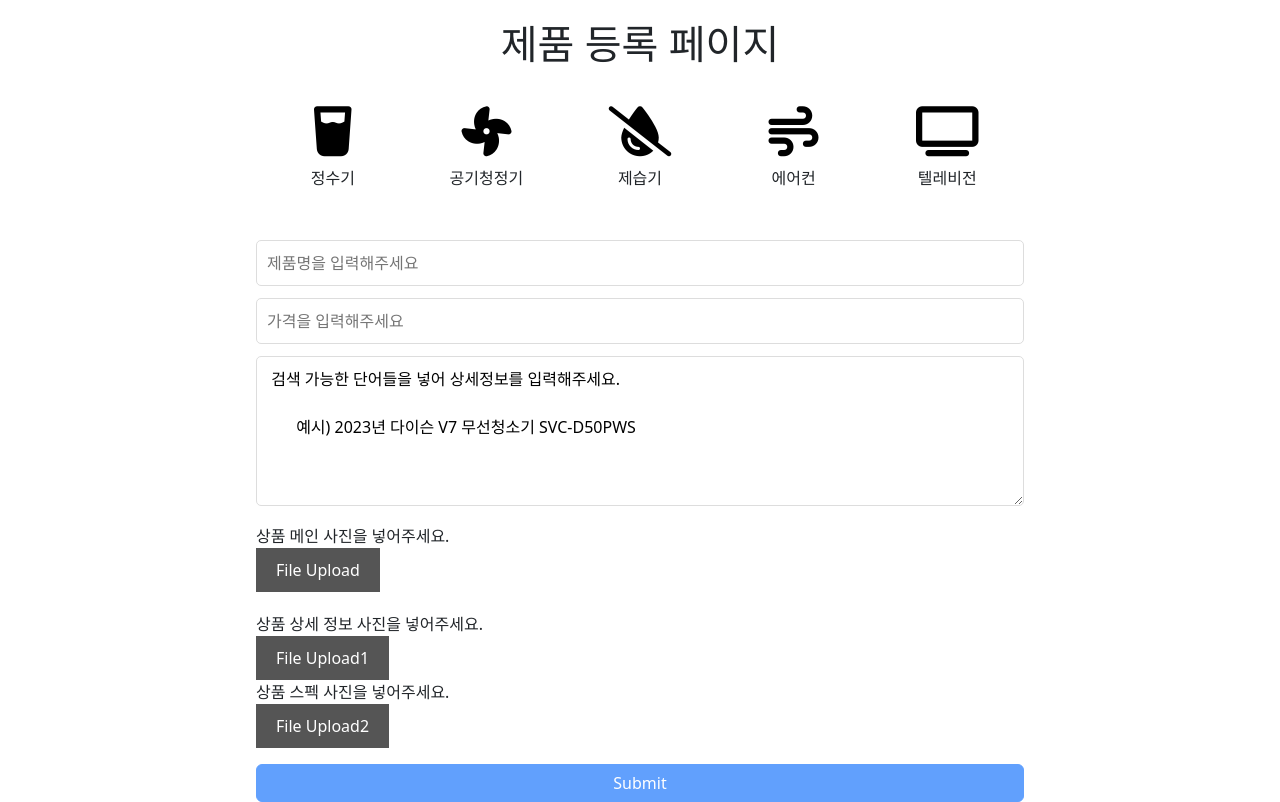
Repository: bbqju13/52si
Page: http://localhost/spring/WEB-INF/views/product/register.jsp
An editor plug-in stored every save of this project. The page is shown before and after the next save, followed by the edit.
The browser window is 1280 px wide. The pictures show the whole page.
Some web libraries are served in a nearby version. The page is served by Tomcat 9. Nobody is signed in. Other server files are loaded and not shown. The template is opened directly, without the code that normally fills it, so the values that code supplies are empty.

Above is the page before, as saved 2023-07-28 05:41:44.

### spring/src/main/webapp/WEB-INF/views/product/register.jsp
<%@ page language="java" contentType="text/html; charset=UTF-8"
    pageEncoding="UTF-8"%>
<%@ taglib uri="http://java.sun.com/jsp/jstl/core" prefix="c" %>
<!DOCTYPE html>
<html>
<head>
<meta charset="UTF-8">
<title>Product Register Page</title>
<link rel="stylesheet" href="/resources/css/product/register.css">
<script src="https://kit.fontawesome.com/e927512ef5.js" crossorigin="anonymous"></script>
<link href="https://cdn.jsdelivr.net/npm/bootstrap@5.3.1/dist/css/bootstrap.min.css" rel="stylesheet" integrity="sha384-4bw+/aepP/YC94hEpVNVgiZdgIC5+VKNBQNGCHeKRQN+PtmoHDEXuppvnDJzQIu9" crossorigin="anonymous">
<script src="https://cdn.jsdelivr.net/npm/bootstrap@5.3.1/dist/js/bootstrap.bundle.min.js" integrity="sha384-HwwvtgBNo3bZJJLYd8oVXjrBZt8cqVSpeBNS5n7C8IVInixGAoxmnlMuBnhbgrkm" crossorigin="anonymous"></script>
</head>
<body>
	<h1>제품 등록 페이지</h1>
	 <form action="/product/register" method="post" id="registerForm" class="was-validated" enctype="multipart/form-data">
        <div id="productDiv">
            <ul>
                <li class="product" data-value="정수기">
                    <div>
                        <i class="fa-solid fa-glass-water" style="color: #000000;"></i>
                        <div class="product-name">정수기</div>
                    </div>
                </li>
                <li class="product" data-value="공기청정기">
                    <div>
                        <i class="fa-solid fa-fan" style="color: #000000;"></i>
                        <div class="product-name">공기청정기</div>
                    </div>
                </li>
                <li class="product" data-value="제습기">
                    <div>
                        <i class="fa-solid fa-droplet-slash" style="color: #000000;"></i>
                        <div class="product-name">제습기</div>
                    </div>
                </li>
                <li class="product" data-value="에어컨">
                    <div>
                        <i class="fa-solid fa-wind" style="color: #000000;"></i>
                        <div class="product-name">에어컨</div>
                    </div>
                </li>
                <li class="product" data-value="텔레비전">
                    <div>
                        <i class="fa-solid fa-tv" style="color: #000000;"></i>
                        <div class="product-name">텔레비전</div>
                    </div>
                </li>
            </ul>
        </div>
        <input type="hidden" name="type_a" id="mySelection">
        <p id="type_aError" class="error" style="color: red; display: none;">제품 카테고리를 입력해주세요.</p>
       <br>
       <input name="pname" placeholder="제품명을 입력해주세요"> <br>
       <p id="pnameError" class="error" style="color: red; display: none;">제품명을 입력해주세요.</p>
       <input id="priceInput" name="price" placeholder="가격을 입력해주세요"> <br>
       <p id="priceError" class="error" style="color: red; display: none;">숫자만 입력해주세요.</p>
       <textarea name="content" cols="50" rows="10"> 검색 가능한 단어들을 넣어 상세정보를 입력해주세요.&#10;
       예시) 2023년 다이슨 V7 무선청소기 SVC-D50PWS
       </textarea> <br>
       <div class="fileDiv">
       	   상품 메인 사진을 넣어주세요.<input type="file" id="files" name="files" style="display: none" class="form-control" aria-label="file example" required> <br>
	       <button type="button" id="trigger">File Upload</button> <br>
	       <div id="fileZone">

	       </div>
	   </div>

	   <div class="fileDiv">
	   	   상품 상세 정보 사진을 넣어주세요.<input type="file" id="files1" name="files" style="display: none" class="form-control" aria-label="file example" required> <br>
	       <button type="button" id="trigger1">File Upload1</button> <br>

	       <div id="fileZone1">

	       </div>
       </div>

       <div class="fileDiv">
       	   상품 스펙 사진을 넣어주세요.<input type="file" id="files2" name="files" style="display: none" class="form-control" aria-label="file example" required> <br>
	       <button type="button" id="trigger2">File Upload2</button> <br>

	       <div id="fileZone2">

	       </div>
       </div>
       <button onclick="validateButton(event)" id="regBtn" class="btn btn-primary" type="submit" disabled>Submit</button>
    </form>

	<script type="text/javascript" src="/resources/js/product/productRegister.js"></script>
	<script type="text/javascript">
	    const thereis = `<c:out value="${thereis}"/>`;
	    console.log(thereis);
	    if (thereis === "1") {
	        alert("같은 상품명이 존재합니다. 다시 입력해주세요.");
	        document.getElementById("registerForm").addEventListener("submit", function(e) {
	        });
	    }
</script>
</body>
</html>

### spring/src/main/webapp/resources/css/product/register.css
body {
    font-family: 'Helvetica Neue', Helvetica, Arial, sans-serif;
    background-color: #fff;
    color: #333;
    margin: 0;
    padding: 0;
}

h1 {
    text-align: center;
    padding: 20px 0;
}

form {
    width: 60%;
    margin: 0 auto;
}

input, textarea {
    width: 100%;
    margin: 10px;
    padding: 10px;
    font-size: 0.8em;
    border-radius: 5px;
    border: 1px solid #ddd;
    margin-bottom: 12px !important;
}

textarea {
    height: 150px;
}

li {
    list-style-type: none;
    flex: 1;
    text-align: center;
    padding: 10px;
    box-sizing: border-box;
    margin: 0 5px;
}

ul {
    display: flex;
    justify-content: space-between;
    cursor: pointer;
    padding-left: 0px !important;
    margin-bottom: 12px;
}

.product-clicked {
    background-color: rgba(128, 128, 128, 0.5);
   	padding: 10px;
   	margin-top: -10px;
    border-radius: 5px;
    animation: pop 0.6s;
}
@keyframes pop {
    0% { transform: scale(1); }
    50% { transform: scale(1.2); }
    100% { transform: scale(1); }
}

i {
    font-size: 50px;
    display: block;
    margin-bottom: 10px;
}

button {
    background-color: #555;
    color: #fff;
    border: none;
    padding: 10px 20px;
    text-align: center;
    text-decoration: none;
    display: inline-block;
    font-size: 16px;
    margin: 4px 2px;
    cursor: pointer;
}

button:hover {
    background-color: #343638;
}

#regBtn {
    width: 100%;
}

#fileZone {
    margin-bottom: 20px;
}

.product-name {
	white-space:nowrap;
}

.error {
	text-align: center;
}

#type_aError {
	margin: 0;
}

#regBtn {
	margin-top: 16px;
}

### spring/src/main/webapp/resources/js/product/productRegister.js
document.getElementById('trigger').addEventListener('click', () => {
    document.getElementById('files').click();
})

document.getElementById('trigger1').addEventListener('click', () => {
    document.getElementById('files1').click();
})

document.getElementById('trigger2').addEventListener('click', () => {
    document.getElementById('files2').click();
})

const regExp = new RegExp("\.(exe|sh|bat|msi|dll|js)$");
const regExpImg = new RegExp("\.(jpg|jpeg|png|gif|bmp)$");
const maxSize = 1024*1024*20;

function fileSizeValidation(fileName, fileSize) {
    if(regExp.test(fileName)) {
        return 0;
    } else if(fileSize > maxSize) {
        return 0;
    } else {
        return 1;
    }
}

document.addEventListener('change', (e) => {
    console.log(e.target);
    if(e.target.id=='files') {
        document.getElementById('regBtn').disabled=false;
        const fileObject = document.getElementById('files').files;
        console.log(fileObject);

        let div = document.getElementById('fileZone');
        div.innerHTML = '';
        let ul = `<ul>`;
        let isOk = 1;
        for(let file of fileObject) {
            console.log(file);
            let validResult = fileSizeValidation(file.name, file.size);
            isOk*=validResult;
            ul += `<li>`;
            ul += `${validResult ? '<div>업로드 가능':'<div>업로드 불가능'}</div>`;
            ul += `${file.name}`;
            ul += `<span class="badge rounded-pill text-bg-${validResult?'success':'danger'}">${file.size}Bytes</span></li>`;
        }
        ul += `</ul>`;
        div.innerHTML = ul;
        if(isOk==0) {
            document.getElementById('regBtn').disabled = true;
        }

    }
})

document.addEventListener('change', (e) => {
    console.log(e.target);
    if(e.target.id=='files1') {
        document.getElementById('regBtn').disabled=false;
        const fileObject = document.getElementById('files1').files;
        console.log(fileObject);

        let div1 = document.getElementById('fileZone1');
        div1.innerHTML = '';
        let ul = `<ul>`;
        let isOk = 1;
        for(let file of fileObject) {
            console.log(file);
            let validResult = fileSizeValidation(file.name, file.size);
            isOk*=validResult;
            ul += `<li>`;
            ul += `${validResult ? '<div>업로드 가능':'<div>업로드 불가능'}</div>`;
            ul += `${file.name}`;
            ul += `<span class="badge rounded-pill text-bg-${validResult?'success':'danger'}">${file.size}Bytes</span></li>`;
        }
        ul += `</ul>`;
        div1.innerHTML = ul;
        if(isOk==0) {
            document.getElementById('regBtn').disabled = true;
        }

    }
})

document.addEventListener('change', (e) => {
    console.log(e.target);
    if(e.target.id=='files2') {
        document.getElementById('regBtn').disabled=false;
        const fileObject = document.getElementById('files2').files;
        console.log(fileObject);

        let div1 = document.getElementById('fileZone2');
        div1.innerHTML = '';
        let ul = `<ul>`;
        let isOk = 1;
        for(let file of fileObject) {
            console.log(file);
            let validResult = fileSizeValidation(file.name, file.size);
            isOk*=validResult;
            ul += `<li>`;
            ul += `${validResult ? '<div>업로드 가능':'<div>업로드 불가능'}</div>`;
            ul += `${file.name}`;
            ul += `<span class="badge rounded-pill text-bg-${validResult?'success':'danger'}">${file.size}Bytes</span></li>`;
        }
        ul += `</ul>`;
        div1.innerHTML = ul;
        if(isOk==0) {
            document.getElementById('regBtn').disabled = true;
        }

    }
})

window.onload = function(){
    var products = document.querySelectorAll('.product');
    products.forEach(function(product){
        product.addEventListener('click', function(e){
            // remove product-clicked from all products
            products.forEach(function(prod){
                prod.firstElementChild.classList.remove('product-clicked');
            });

            // add product-clicked to the clicked product
            e.currentTarget.firstElementChild.classList.add('product-clicked');

            // update the hidden input with the data-value of the clicked product
            document.getElementById('mySelection').value = e.currentTarget.dataset.value;
        });
    });
}

function validateButton(event) {
    var type_aInput = document.querySelector('input[name="type_a"]');
    var type_aError = document.getElementById("type_aError");
    var pnameInput = document.querySelector('input[name="pname"]');
    var pnameError = document.getElementById("pnameError");
    var priceInput = document.querySelector('input[name="price"]');
    var priceError = document.getElementById("priceError");
    var contentTextarea = document.querySelector('textarea[name="content"]');
    var isFormValid = true; // 폼 유효성 검사 결과
    console.log(isFormValid);

    if (type_aInput.value.trim() === "") {
        isFormValid = false;
        type_aError.style.display = "block";
    } else {
        type_aError.style.display = "none";
    }

    if (pnameInput.value.trim() === "") {
        isFormValid = false;
        pnameError.style.display = "block";
    } else {
        pnameError.style.display = "none";
    }

    if (priceInput.value.trim() === "" || isNaN(priceInput.value)) {
        isFormValid = false;
        priceError.style.display = "block";
    } else {
        priceError.style.display = "none";
    }

    if (contentTextarea.value.trim() === "") {
        isFormValid = false;
    }

    console.log(isFormValid);
    // 폼 전송 막기
    if (!isFormValid) {
        event.preventDefault();
    }
}

After the next save:
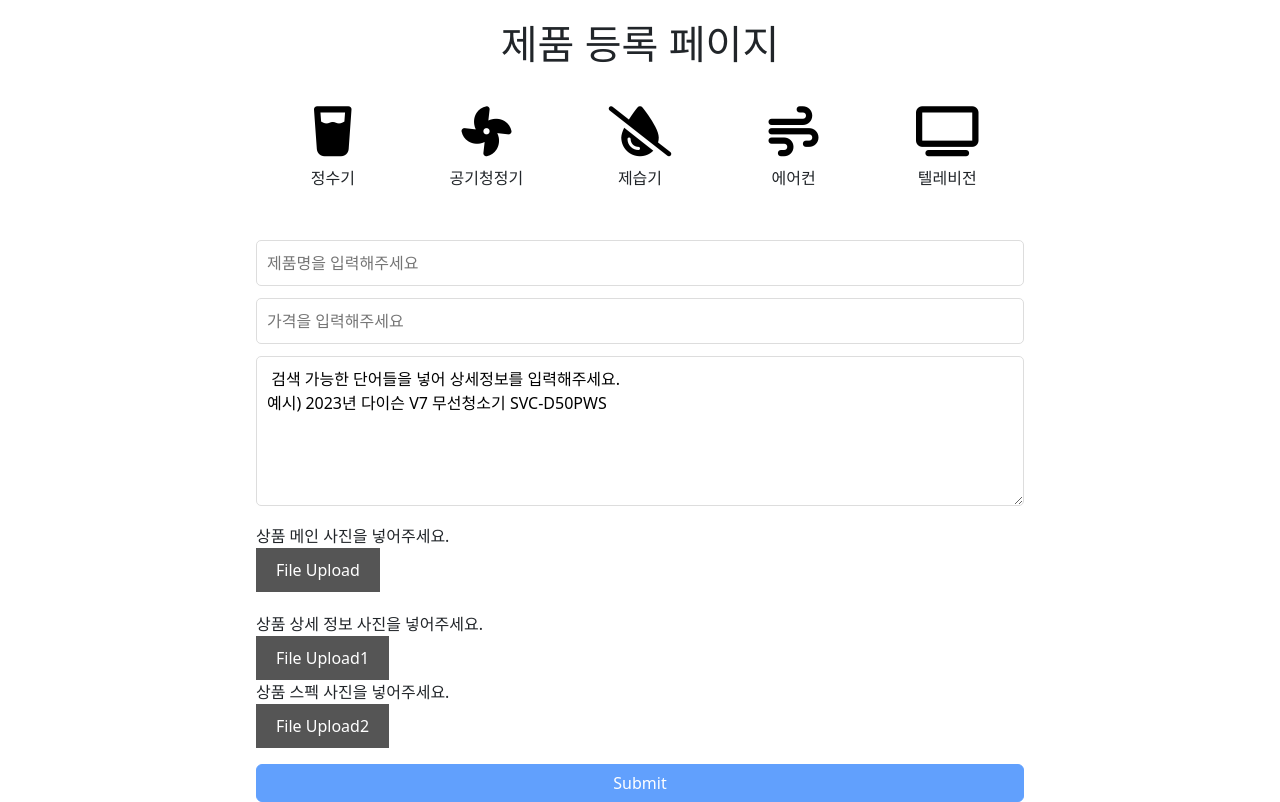
Saved 13 s later.
--- a/spring/src/main/webapp/WEB-INF/views/product/register.jsp
+++ b/spring/src/main/webapp/WEB-INF/views/product/register.jsp
@@ -55,8 +55,7 @@
        <p id="pnameError" class="error" style="color: red; display: none;">제품명을 입력해주세요.</p>
        <input id="priceInput" name="price" placeholder="가격을 입력해주세요"> <br>
        <p id="priceError" class="error" style="color: red; display: none;">숫자만 입력해주세요.</p>
-       <textarea name="content" cols="50" rows="10"> 검색 가능한 단어들을 넣어 상세정보를 입력해주세요.&#10;
-       예시) 2023년 다이슨 V7 무선청소기 SVC-D50PWS
+       <textarea name="content" cols="50" rows="10"> 검색 가능한 단어들을 넣어 상세정보를 입력해주세요.&#10;예시) 2023년 다이슨 V7 무선청소기 SVC-D50PWS
        </textarea> <br>
        <div class="fileDiv">
        	   상품 메인 사진을 넣어주세요.<input type="file" id="files" name="files" style="display: none" class="form-control" aria-label="file example" required> <br>
